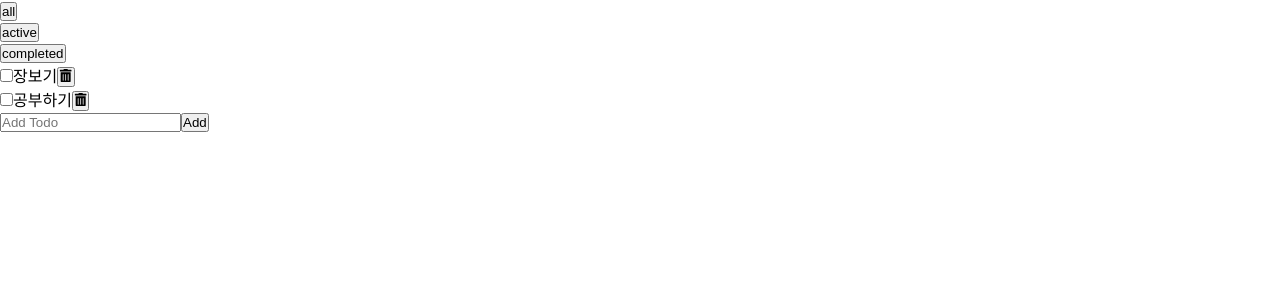
Repository: MrJinkyu/TodoList
Page: /
The author's editor kept a copy of each file at every save. The page is drawn from the files as they stood at one save, then again after the next save.
The browser window is 1280 px wide. The pictures show the whole page.
The project was rebuilt for these pictures with package versions that can differ from the ones it lists, and the page was loaded fresh each time.

Above is the page before, as saved 2023-05-01 14:30:39.

### src/index.css
*{
  box-sizing: border-box;
  padding: 0;
  margin: 0;
}

body {
  margin: 0;
  font-family: -apple-system, BlinkMacSystemFont, 'Segoe UI', 'Roboto', 'Oxygen',
    'Ubuntu', 'Cantarell', 'Fira Sans', 'Droid Sans', 'Helvetica Neue',
    sans-serif;
  -webkit-font-smoothing: antialiased;
  -moz-osx-font-smoothing: grayscale;
}

code {
  font-family: source-code-pro, Menlo, Monaco, Consolas, 'Courier New',
    monospace;
}

### src/App.js
import { useState } from "react";
import TodoList from "./components/TodoList";
import Header from "./components/Header";

const filters = ['all', 'active', 'completed'];
function App() {
  const [filter, setFilter] = useState(filters[0]);
  return (
    <>
      <Header filters={filters} filter={filter} onFilterChange={setFilter}/>
      <TodoList filter={filter}/>
    </>
  );
}

export default App;

### src/components/TodoList.jsx
import React, { useState } from 'react';
import {v4 as uuidv4} from 'uuid';
import AddTodo from './AddTodo';
import Todo from './Todo';

export default function TodoList({filter}) {
    const [todos, setTodos] = useState([
        { id: uuidv4(), text: '장보기', status: 'active' },
        { id: uuidv4(), text: '공부하기', status: 'active' }
    ]);
    const handleAdd = (todo) => {
        setTodos([...todos, todo]);
    }
    const handleUpdate = (updated) => {
        setTodos(todos.map((todo) => todo.id === updated.id ? updated : todo));
    }
    const handleDelete = (deleted) => {
        setTodos(todos.filter((todo) => todo.id !== deleted.id));
    }
    const filtered = getFilteredItems(todos, filter);
    return (
        <section>
            <ul>
                {filtered.map((item) => (
                    <Todo
                        key={item.id}
                        todo={item}
                        onUpdate={handleUpdate}
                        onDelete={handleDelete}
                    />
                ))}
            </ul>
            <AddTodo onAdd={handleAdd}/>
        </section>
    );
}

function getFilteredItems(todos, filter){
    if(filter === 'all'){
        return todos;
    }
    return todos.filter((todo) => todo.status === filter);
}

### src/components/Header.jsx
import React from 'react';

export default function Header({filters, filter, onFilterChange}) {
    return (
        <header>
            <ul>
                {filters.map((value,index) => (
                    <li key={index}>
                        <button
                            onClick={() => onFilterChange(value)}
                        >
                            {value}
                        </button>
                    </li>
                ))}
            </ul>
        </header>
    );
}

### src/components/AddTodo.jsx
import React, { useState } from 'react';
import {v4 as uuidv4} from 'uuid';

export default function AddTodo({onAdd}) {
    const [text, setText] = useState('');
    const handleChange = (e) => {
        setText(e.target.value);
    }
    const handleSubmit = (e) => {
        e.preventDefault();
        if(text.trim().length === 0){
            return ;
        }
        onAdd({ id: uuidv4(), text, status: 'active' });
        setText('');
    }
    return (
        <form onSubmit={handleSubmit}>
            <input
                type="text"
                value={text}
                onChange={handleChange}
                placeholder='Add Todo'
            />
            <button>Add</button>
        </form>
    );
}

### src/components/Todo.jsx
import React from 'react';
import { FaTrashAlt } from 'react-icons/fa';

export default function Todo({todo, onUpdate, onDelete}) {
    const { id, text, status } = todo;
    const handleChange = (e) => {
        const status = e.target.checked ? 'completed' : 'active';
        onUpdate({...todo, status});
    }
    return (
        <li>
            <input
                type="checkbox"
                name="checkbox"
                id={id}
                checked={status === 'completed'}
                onChange={handleChange}
            />
            <label htmlFor={id}>{text}</label>
            <span>
                <button onClick={() => onDelete(todo)}>
                    <FaTrashAlt/>
                </button>
            </span>
        </li>
    );
}

Loaded but not shown: public/index.html (common file); src/index.js (common file); src/reportWebVitals.js (common file)

After the next save:
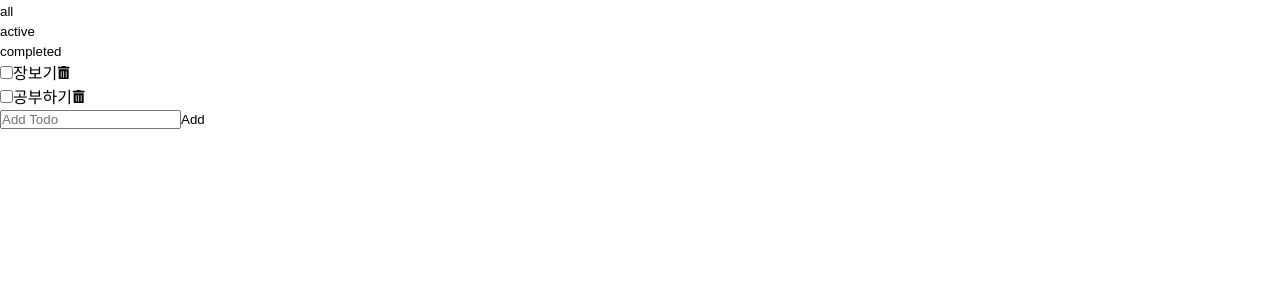
Saved 21 s later.
--- a/src/index.css
+++ b/src/index.css
@@ -2,6 +2,13 @@
   box-sizing: border-box;
   padding: 0;
   margin: 0;
+}
+
+button{
+  border: none;
+  outline: none;
+  cursor: pointer;
+  background-color: transparent;
 }
 
 body {
